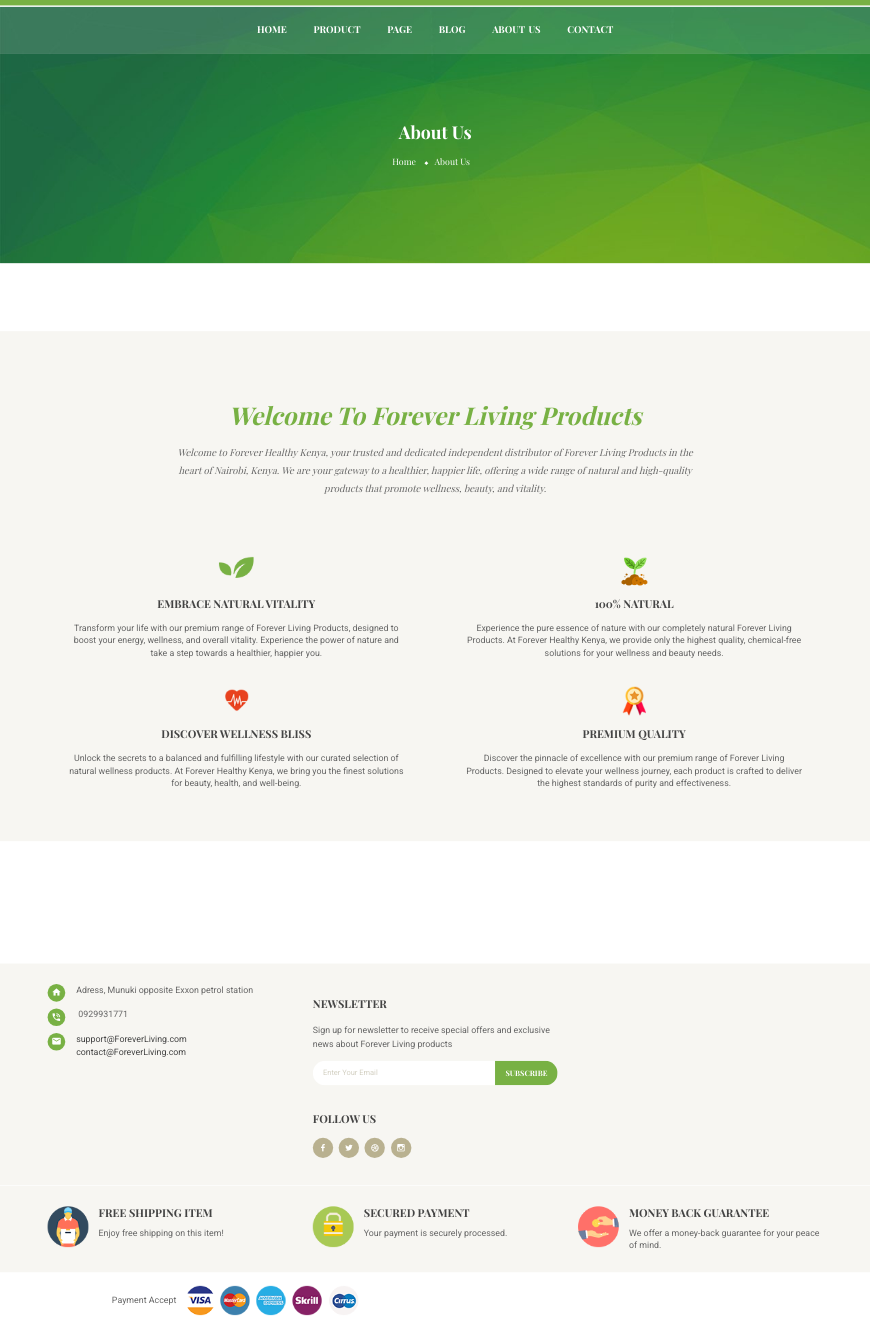
Repository: the-karanja/ForeverLiving2
Page: page-about-us.html
The author's editor kept a copy of each file at every save. The page is drawn from the files as they stood at one save, then again after the next save.
The browser window is 1280 px wide. The pictures show the whole page, at 68% of full size.
Some web fonts or font styles are not loaded; a fallback is used.

Above is the page before, as saved 2024-06-20 19:49:54.

After the next save:
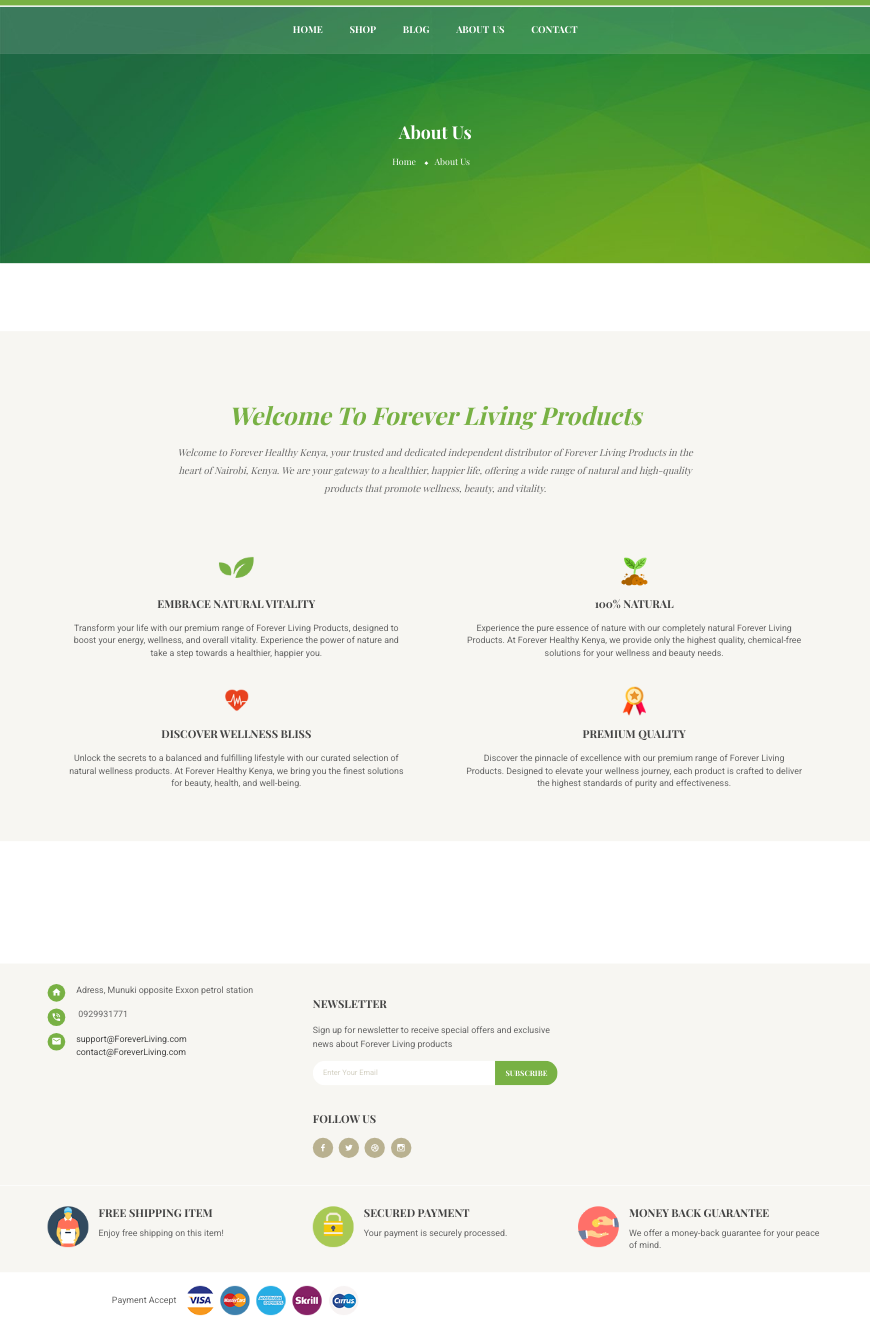
Saved 45 s later.
--- a/page-about-us.html
+++ b/page-about-us.html
@@ -44,7 +44,7 @@
 				<!-- Topbar -->
 
 
-
+				<!-- Header Top -->
 				<div class="header-top" style="margin-top:-100px">
 					<div class="container">
 						<div class="row">
@@ -151,104 +151,26 @@
 					<ul class="menu">
 						<li class="dropdown">
 							<a href="index.html" title="Homepage">Home</a>
-							<div class="dropdown-menu">
-								<ul>
-									<li><a href="index.html" title="Homepage 1">Homepage 1</a></li>
-									<li><a href="home-2.html" title="Homepage 2">Homepage 2</a></li>
-									<li><a href="home-3.html" title="Homepage 3">Homepage 3</a></li>
-									<li><a href="home-4.html" title="Homepage 4">Homepage 4</a></li>
-									<li><a href="home-5.html" title="Homepage 5">Homepage 5</a></li>
-								</ul>
-							</div>
+
 						</li>
 
 						<li class="dropdown">
-							<a href="product-grid-left-sidebar.html" title="Product">Product</a>
-							<div class="dropdown-menu">
-								<ul>
-									<li class="has-image">
-										<img src="img/product/product-category-1.png" alt="Product Category Image">
-										<a href="product-grid-left-sidebar.html" title="Vegetables">Vegetables</a>
-									</li>
-									<li class="has-image">
-										<img src="img/product/product-category-2.png" alt="Product Category Image">
-										<a href="product-grid-left-sidebar.html" title="Fruits">Fruits</a>
-									</li>
-									<li class="has-image">
-										<img src="img/product/product-category-3.png" alt="Product Category Image">
-										<a href="product-grid-left-sidebar.html" title="Bread">Bread</a>
-									</li>
-									<li class="has-image">
-										<img src="img/product/product-category-4.png" alt="Product Category Image">
-										<a href="product-grid-left-sidebar.html" title="Juices">Juices</a>
-									</li>
-									<li class="has-image">
-										<img src="img/product/product-category-5.png" alt="Product Category Image">
-										<a href="product-grid-left-sidebar.html" title="Tea and coffee">Tea and coffee</a>
-									</li>
-								</ul>
-							</div>
+							<a href="product-grid-left-sidebar.html" title="Product">Shop</a>
+
 						</li>
 
+
+
 						<li class="dropdown">
-							<a href="#" title="Page">Page</a>
-							<div class="dropdown-menu">
-								<ul>
-									<li class="dropdown-submenu">
-										<a href="product-grid-left-sidebar.html" title="Product List">Product List</a>
-										<div class="dropdown-menu level2">
-											<ul>
-												<li><a href="product-grid-left-sidebar.html" title="Product Grid - Left Sidebar">Product Grid - Left Sidebar</a></li>
-												<li><a href="product-grid-right-sidebar.html" title="Product Grid - Right Sidebar">Product Grid - Right Sidebar</a></li>
-												<li><a href="product-grid-full-width.html" title="Product Grid - Full Width">Product Grid - Full Width</a></li>
-												<li><a href="product-list-left-sidebar.html" title="Product List - Left Sidebar">Product List - Left Sidebar</a></li>
-											</ul>
-										</div>
-									</li>
-									<li class="dropdown-submenu">
-										<a href="product-detail-left-sidebar.html" title="Product List">Product Detail</a>
-										<div class="dropdown-menu level2">
-											<ul>
-												<li><a href="product-detail-left-sidebar.html" title="Product Detail - Left Sidebar">Product Detail - Left Sidebar</a></li>
-												<li><a href="product-detail-full-width-1.html" title="Product List - Full Width 1">Product Detail - Full Width 1</a></li>
-												<li><a href="product-detail-full-width-2.html" title="Product List - Full Width 2">Product Detail - Full Width 2</a></li>
-											</ul>
-										</div>
-									</li>
-									<li>
-										<a href="product-cart.html" title="Cart">Cart</a>
-									</li>
-									<li>
-										<a href="product-checkout.html" title="Checkout">Checkout</a>
-									</li>
-									<li class="dropdown-submenu">
-										<a href="#" title="User">User</a>
-										<div class="dropdown-menu level2">
-											<ul>
-												<li><a href="user-login.html" title="Login">Login</a></li>
-												<li><a href="user-register.html" title="Register">Register</a></li>
-												<li><a href="#" title="My Account">My Account</a></li>
-												<li><a href="#" title="My Wishlists">My Wishlists</a></li>
-											</ul>
-										</div>
-									</li>
-									<li>
-										<a href="page-404.html" title="Page 404">Page 404</a>
-									</li>
-								</ul>
-							</div>
-						</li>
-
-						<li class="dropdown">
-							<a href="blog-list-left-sidebar-1.html">Blog</a>
-							<div class="dropdown-menu">
+							<a disabled href="#">Blog</a>
+							<!-- <div class="dropdown-menu">
 								<ul class="has-sub">
 									<li><a href="blog-list-left-sidebar-1.html" title="Blog List - Left Sidebar 1">Blog List - Left Sidebar 1</a></li>
 									<li><a href="blog-list-left-sidebar-2.html" title="Blog List - Left Sidebar 2">Blog List - Left Sidebar 2</a></li>
 									<li><a href="blog-grid-full-width.html" title="Blog Grid - Full Width">Blog Grid - Full Width</a></li>
 									<li><a href="blog-detail.html" title="Blog Detail">Blog Detail</a></li>
 								</ul>
-							</div>
+							</div> -->
 						</li>
 
 						<li>
